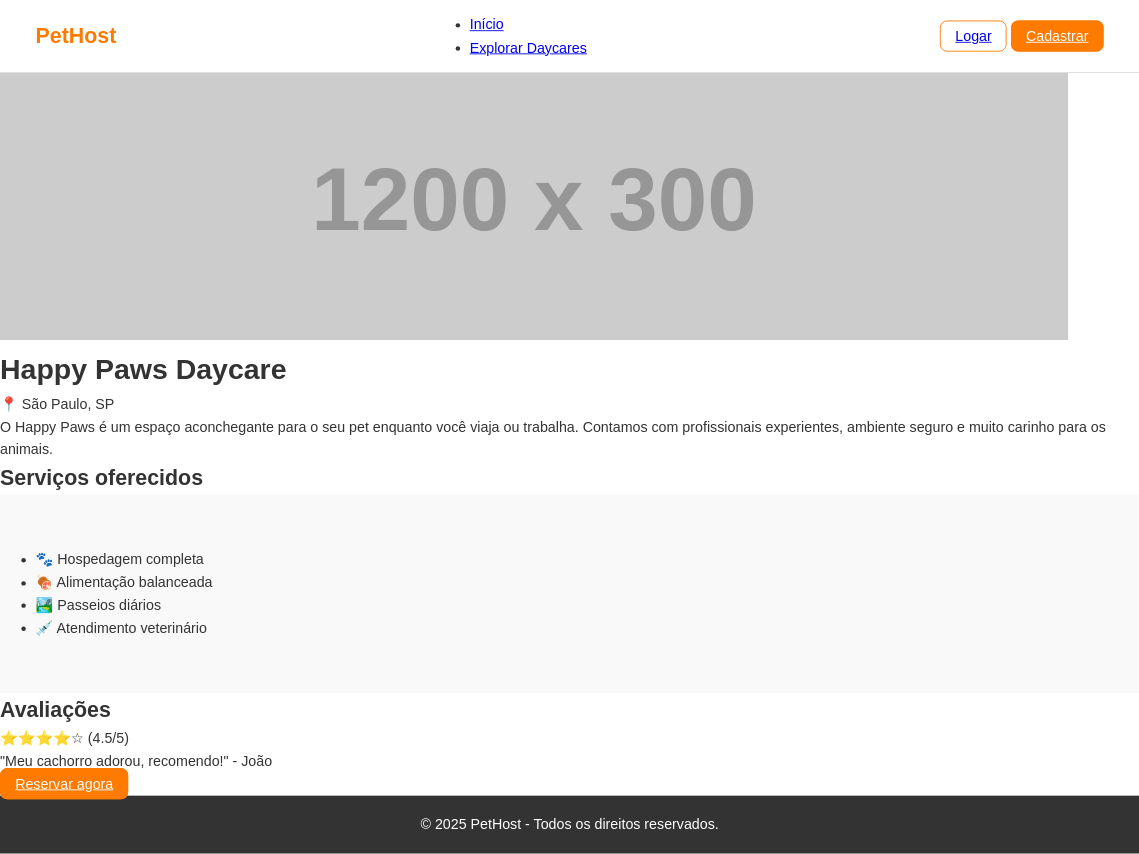
Repository: Vinicius9922/PetHost
Page: detalhes.html
An editor plug-in stored every save of this project. The page is shown before and after the next save, followed by the edit.
The browser window is 1280 px wide. The pictures show the whole page, at 89% of full size.

Above is the page before, as saved 2025-09-01 14:14:31.

After the next save:
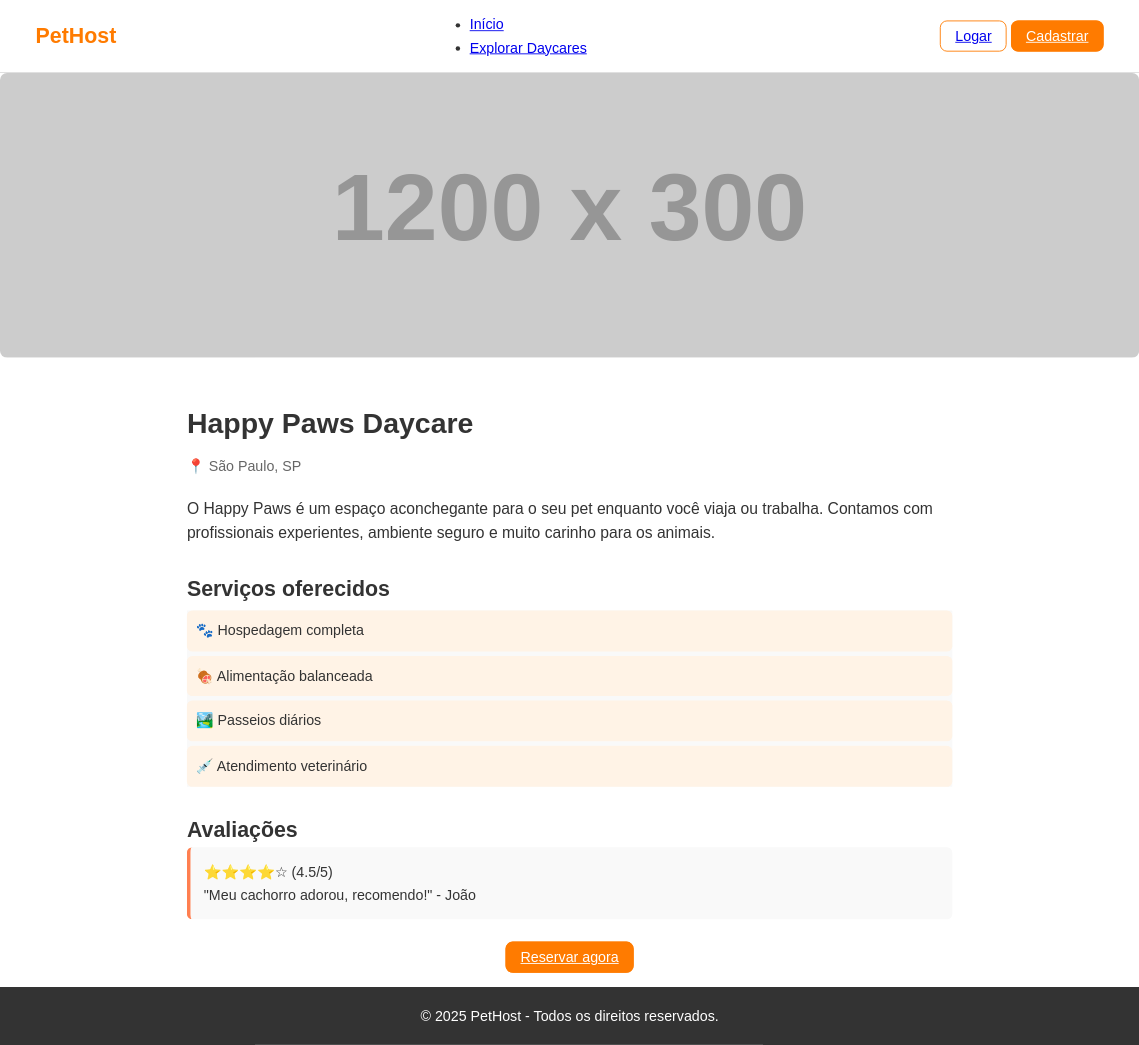
Saved 10 s later.
--- a/css/style.css
+++ b/css/style.css
@@ -297,3 +297,64 @@ form input:focus, form select:focus {
   margin-top: 10px;
   text-align: center;
 }
+
+
+
+
+
+/* Banner */
+.daycare-banner img {
+  width: 100%;
+  height: auto;
+  border-radius: 8px;
+  margin-bottom: 20px;
+}
+
+/* Conteúdo */
+.daycare-details {
+  max-width: 900px;
+  margin: 0 auto;
+  padding: 20px;
+}
+
+.daycare-details h1 {
+  font-size: 2rem;
+  margin-bottom: 10px;
+}
+
+.daycare-details .location {
+  font-size: 1rem;
+  color: #666;
+  margin-bottom: 20px;
+}
+
+.daycare-details .description {
+  font-size: 1.1rem;
+  line-height: 1.6;
+  margin-bottom: 30px;
+}
+
+.services {
+  list-style: none;
+  padding: 0;
+  margin-bottom: 30px;
+}
+
+.services li {
+  background: #fff3e6;
+  padding: 10px;
+  margin: 5px 0;
+  border-radius: 6px;
+}
+
+.reviews {
+  background: #f9f9f9;
+  padding: 15px;
+  border-left: 4px solid #ff7f50;
+  margin-bottom: 30px;
+  border-radius: 6px;
+}
+
+.actions {
+  text-align: center;
+}
